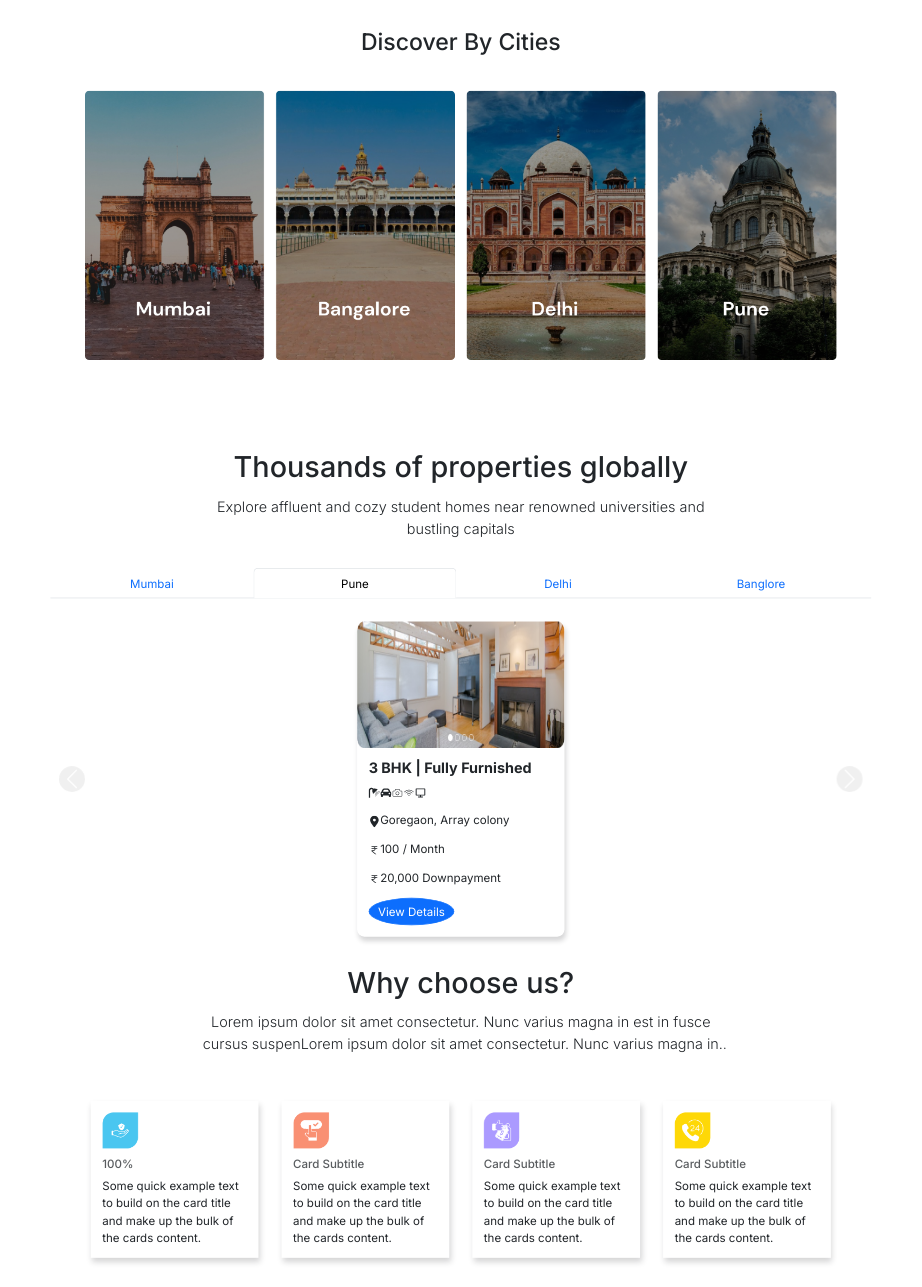
Repository: suyashagrahari/assignment
Page: /
These files come from the project's save history. The page is drawn as it stood at one moment and after the next save; the edit follows.
The browser window is 1280 px wide. The pictures show the whole page, at 72% of full size.
The project was rebuilt for these pictures with package versions that can differ from the ones it lists, and the page was loaded fresh each time. The framework's server and built-in components were replaced by stand-ins that run in the browser. Also part of the build but not shown: next.config.mjs, src/app/page.module.css, src/components/Headline.jsx.

Above is the page before, as saved 2024-03-27 16:43:05.

### src/components/Grid.jsx
import React from "react";
import Image from "next/image";
import { Button, Col, Container, Row } from "react-bootstrap";
import first from "../../public/image/Mumbai.png";
import second from "../../public/image/Banglore.png";
import third from "../../public/image/Delhi.png";
import forth from "../../public/image/Pune.png";
const Grid = () => {
  return (
    <div className="container-fluid">
      <div className="row row-cols-1 row-cols-sm-2 row-cols-md-3 row-cols-lg-4 g-3 p-4">
        <div className="col grid-item">
          <Image
            src={first}
            alt="Image 1"
            layout="responsive"
            objectFit="cover"
            className="img-fluid rounded"
          />
        </div>
        <div className="col grid-item">
          <Image
            src={second}
            alt="Image 2"
            layout="responsive"
            objectFit="cover"
            className="img-fluid rounded"
          />
        </div>
        <div className="col grid-item">
          <Image
            src={third}
            alt="Image 3"
            layout="responsive"
            objectFit="cover"
            className="img-fluid rounded"
          />
        </div>
        <div className="col grid-item">
          <Image
            src={forth}
            alt="Image 4"
            layout="responsive"
            objectFit="cover"
            className="img-fluid rounded"
          />
        </div>
      </div>
    </div>
  );
};

export default Grid;

### src/components/Tabbing.jsx
"use client";
import Tab from "react-bootstrap/Tab";
import Tabs from "react-bootstrap/Tabs";
import Img from "../../public/image/Img-1.png";
import Image from "next/image";
import MyCarousel from "./Carousal";
function Tabbing() {
  return (
    <>
      <Tabs
        defaultActiveKey="profile"
        id="justify-tab-example"
        className="mb-3"
        justify
      >
        <Tab eventKey="home" title="Mumbai">
          <MyCarousel />
        </Tab>
        <Tab eventKey="profile" title="Pune">
          <MyCarousel />
        </Tab>
        <Tab eventKey="longer-tab" title="Delhi">
          <MyCarousel />
        </Tab>
        <Tab eventKey="contact" title="Banglore">
          <MyCarousel />
        </Tab>
      </Tabs>
    </>
  );
}

export default Tabbing;

### src/components/Footer.jsx
import Card from "react-bootstrap/Card";
import Icon_1 from "../../public/image/icon-1.png";
import Icon_2 from "../../public/image/icon-2.png";
import Icon_3 from "../../public/image/icon-3.png";
import Icon_4 from "../../public/image/icon-4.png";
import Image from "next/image";

function Footer() {
  return (
    <div className="container-fluid">
      <div className="row row-cols-1 row-cols-md-2 row-cols-lg-4 g-3 p-4">
        <div className="col">
          <Card>
            <Card.Body>
              <div className="d-flex justify-content-center mb-3 image">
                <Image src={Icon_1} alt="icon" />
              </div>
              <Card.Subtitle className="mb-2 text-muted ">100%</Card.Subtitle>
              <Card.Text className="">
                Some quick example text to build on the card title and make up
                the bulk of the cards content.
              </Card.Text>
            </Card.Body>
          </Card>
        </div>
        <div className="col">
          <Card>
            <Card.Body>
              <div className="d-flex justify-content-center mb-3 image">
                <Image src={Icon_2} alt="icon" />
              </div>
              <Card.Subtitle className="mb-2 text-muted ">
                Card Subtitle
              </Card.Subtitle>
              <Card.Text className="">
                Some quick example text to build on the card title and make up
                the bulk of the cards content.
              </Card.Text>
            </Card.Body>
          </Card>
        </div>
        <div className="col">
          <Card>
            <Card.Body>
              <div className="d-flex justify-content-center mb-3 image">
                <Image src={Icon_3} alt="icon" />
              </div>
              <Card.Subtitle className="mb-2 text-muted ">
                Card Subtitle
              </Card.Subtitle>
              <Card.Text className="">
                Some quick example text to build on the card title and make up
                the bulk of the cards content.
              </Card.Text>
            </Card.Body>
          </Card>
        </div>
        <div className="col">
          <Card>
            <Card.Body>
              <div className="d-flex justify-content-center mb-3 image">
                <Image src={Icon_4} alt="icon" />
              </div>
              <Card.Subtitle className="mb-2 text-muted ">
                Card Subtitle
              </Card.Subtitle>
              <Card.Text className="">
                Some quick example text to build on the card title and make up
                the bulk of the cards content.
              </Card.Text>
            </Card.Body>
          </Card>
        </div>
      </div>
    </div>
  );
}

export default Footer;

### src/components/Carousal.jsx
import React from "react";
import Carousel from "react-bootstrap/Carousel";
import Button from "react-bootstrap/Button";
import Card from "react-bootstrap/Card";
import Img from "../../public/image/Img-1.png";
import Image from "next/image";
import { FaShower } from "react-icons/fa";
import { FaCarAlt } from "react-icons/fa";
import { CiCamera } from "react-icons/ci";
import { CiWifiOn } from "react-icons/ci";
import { RiComputerLine } from "react-icons/ri";
import { FaLocationDot } from "react-icons/fa6";
import { LiaRupeeSignSolid } from "react-icons/lia";

const recipes = [
  {
    size: "2 BHK",
    name: "Fully Furnished",
    img: Img,
    price: 100,
    content: "Hello",
    location: "Goregaon, Array colony",
  },
  {
    size: "3 BHK",
    name: "Fully Furnished",
    img: Img,
    price: 100,
    content: "Hello",
    location: "Goregaon, Array colony",
  },
  {
    size: "4 BHK",
    name: "Fully Furnished",
    img: Img,
    price: 100,
    content: "Hello",
    location: "Goregaon, Array colony",
  },
  {
    size: "3 BHK",
    name: "Fully Furnished",
    img: Img,
    price: 100,
    content: "Hello",
    location: "Goregaon, Array colony",
  },
];

const MyCarousel = () => {
  const reduceRecipes = (acc, cur, index) => {
    const groupIndex = Math.floor(index / 3);
    if (!acc[groupIndex]) acc[groupIndex] = [];
    acc[groupIndex].push(cur);
    console.log(acc);
    return acc;
  };

  return (
    <Carousel>
      {recipes.reduce(reduceRecipes, []).map((item, index) => (
        <Carousel.Item key={index}>
          <div className="d-flex justify-content-center">
            {item.map((item, index) => {
              return (
                <Card
                  key={index}
                  style={{ width: "18rem", borderRadius: "10px" }}
                >
                  <Image src={item.img} alt="" className="card-img-top" />
                  <Card.Body className="text-left g-3">
                    <Card.Title className="fw-bold">
                      {item.size} | {item.name}
                    </Card.Title>
                    <Card.Text className="g-2">
                      {" "}
                      <FaShower />
                      <FaCarAlt />
                      <CiCamera />
                      <CiWifiOn />
                      <RiComputerLine />
                    </Card.Text>

                    <Card.Text className="mt-3">
                      <FaLocationDot />
                      {item.location}
                    </Card.Text>
                    <Card.Text className="mb-3">
                      <LiaRupeeSignSolid />
                      {item.price} / Month
                    </Card.Text>
                    <Card.Text className="mb-3">
                      <LiaRupeeSignSolid />
                      20,000 Downpayment
                    </Card.Text>
                    <Button variant="primary" style={{ borderRadius: "50%" }}>
                      View Details
                    </Button>
                  </Card.Body>
                </Card>
              );
            })}
          </div>
        </Carousel.Item>
      ))}
    </Carousel>
  );
};

export default MyCarousel;

Loaded but not shown: src/app/layout.js (common file); src/app/page.js (common file); src/app/globals.css (common file)

After the next save:
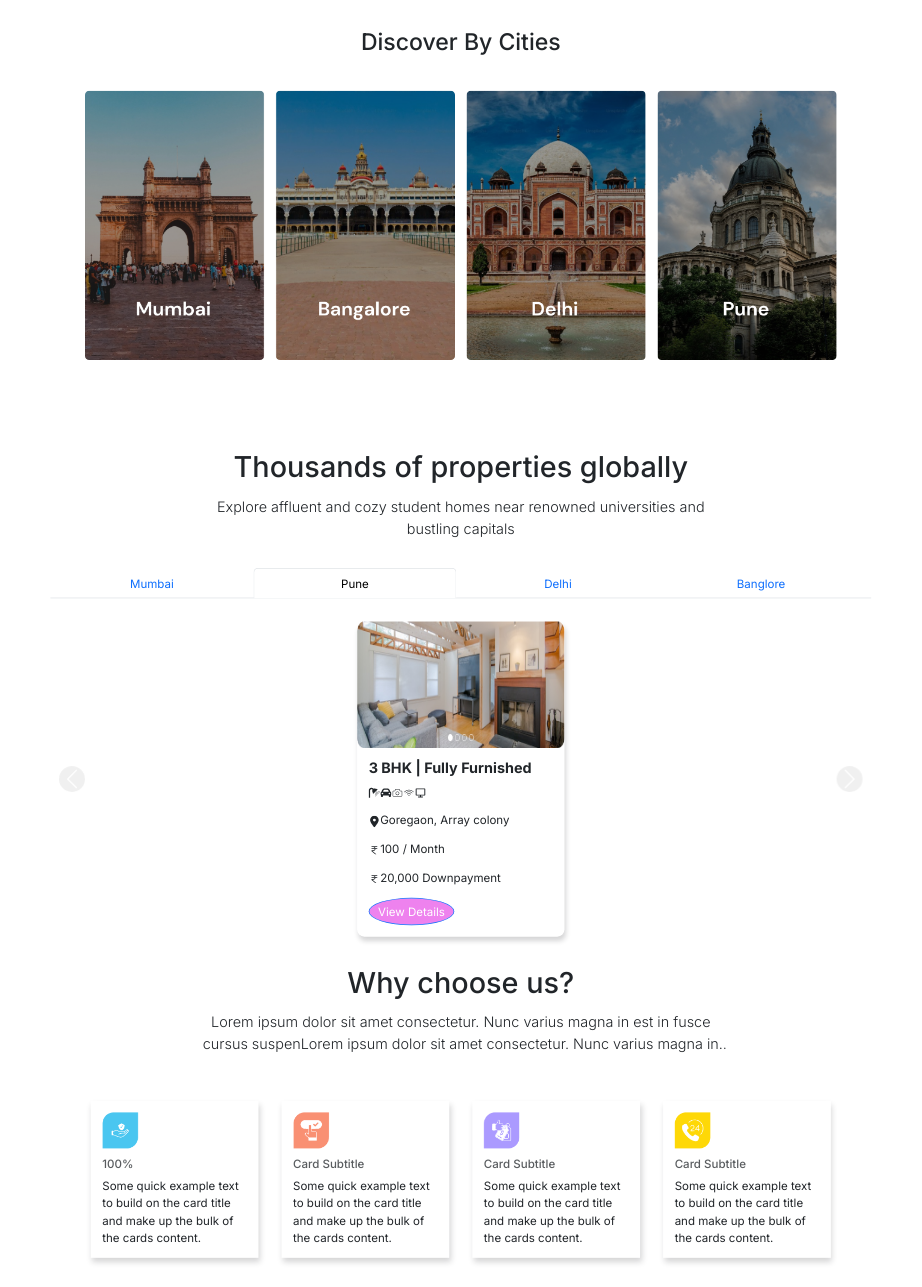
Saved 23 s later.
--- a/src/components/Carousal.jsx
+++ b/src/components/Carousal.jsx
@@ -93,7 +93,10 @@ const MyCarousel = () => {
                       <LiaRupeeSignSolid />
                       20,000 Downpayment
                     </Card.Text>
-                    <Button variant="primary" style={{ borderRadius: "50%" }}>
+                    <Button
+                      variant="primary"
+                      style={{ borderRadius: "50%", backgroundColor: "violet" }}
+                    >
                       View Details
                     </Button>
                   </Card.Body>
